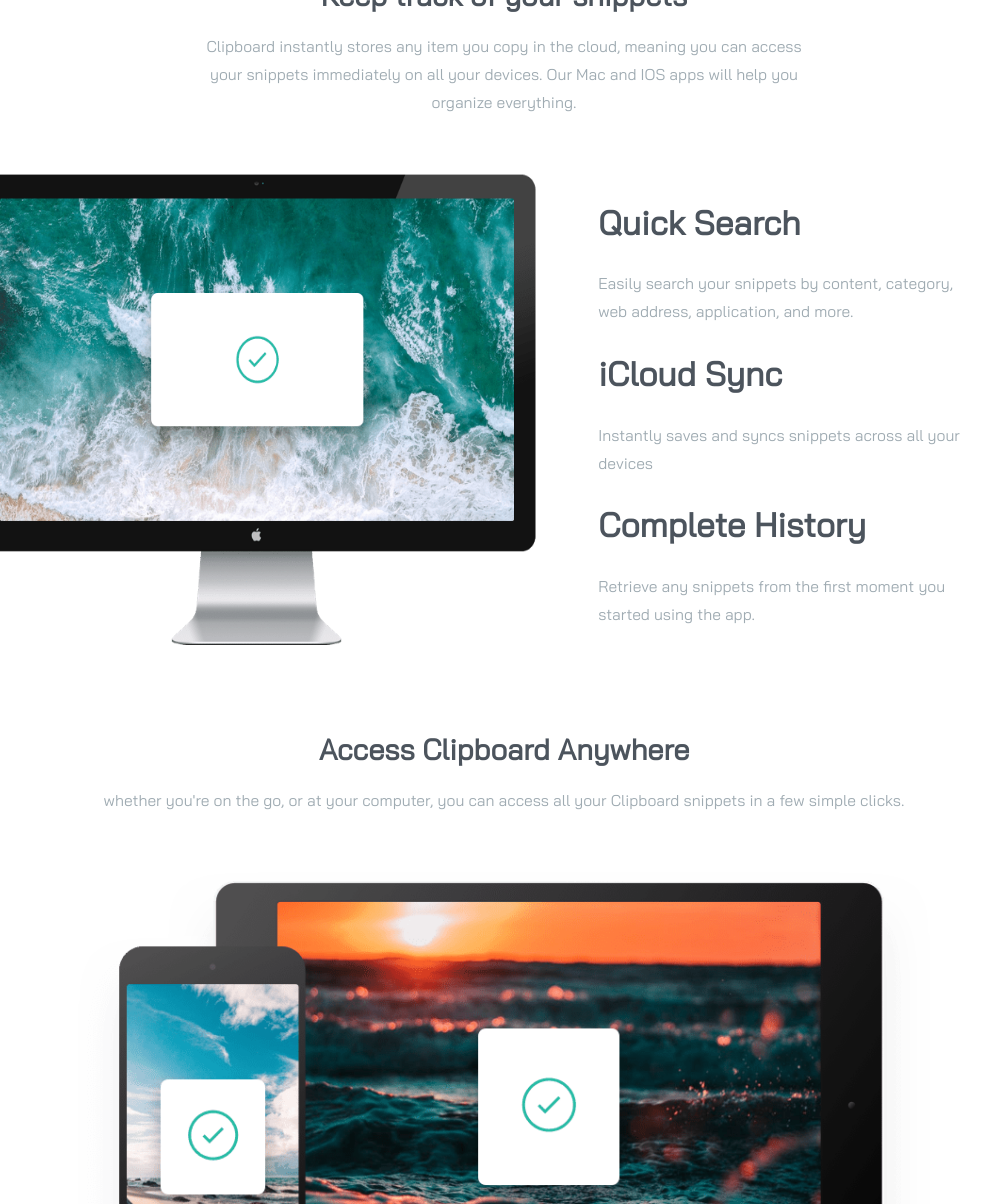
Repository: mikempho/Clipboard-landing-page
Page: index.html
The author's editor kept a copy of each file at every save. The page is drawn from the files as they stood at one save, then again after the next save.
The browser window is 1440 px wide. The pictures show the part of the page from y = 799 to 2519 px (the page is 5945 px tall before and 5706 px after), at 70% of full size.

Above is the page before, as saved 2022-04-12 08:11:42.

### index.html
<!DOCTYPE html>
<html lang="en">
  <head>
    <meta charset="UTF-8">
    <meta name="viewport" content="width=device-width, initial-scale=1.0"> <!-- displays site properly based on user's device -->

    <link rel="icon" type="image/png" sizes="32x32" href="./images/favicon-32x32.png">
    <link rel="stylesheet" href="/css/style.css">

    <title>Frontend Mentor | Clipboard landing page</title>

  </head>
  <body>
    <header class="header">
      <img class="logo" src="/images/logo.svg" alt="">
    </header>
    <main>
      <section class="hero">
        <h1>A history of  everything you copy</h1>
        <p>Clipboard allows you to track and organize everything you copy, instantly access your clipboard on all your devices.</p>
        <div class="buttons">
          <a class="iOS-btn" href="#">Download for iOS</a>
          <a class="mac-btn" href="#">Download for Mac</a>
        </div>
      </section>
      <section class="section-1">
        <h2 class="desktop-pad">Keep track of your  snippets</h2>
        <p class="desktop-pad">Clipboard instantly stores any item you copy in the cloud, meaning you can access your snippets immediately on all your devices. Our Mac and IOS apps will help you organize everything.</p>
        <div class="features">
          <img class="feature-img" src="/images/image-computer.png" alt="desktop-screen">
          <ul class="list-of-features">
            <li>
              <h3>Quick Search</h3>
              <p>Easily search your snippets by content, category, web address, application, and more.</p>
            </li>
            <li>
              <h3>iCloud Sync</h3>
              <p>Instantly saves and syncs snippets across all your devices</p>
            </li>
            <li>
              <h3>Complete History</h3>
              <p>Retrieve any snippets from the first moment you started using the app.</p>
            </li>
          </ul>
        </div>
      </section>
      <section class="section-2">
        <h2>Access Clipboard Anywhere</h2>
        <p>whether you're on the go, or at your computer, you can access all your Clipboard snippets in a few simple clicks.</p>
        <img class="mobile-tablet-screen" src="/images/image-devices.png" alt="mobile-tablet-screen">
      </section>
      <section class="section-3">
        <h2>Supercharge your  workflow</h2>
        <p>We've got the tools to boost your productivity.</p>
        <div>
          <ul class="list-of-features">
            <li>
              <img class="feature-icons" src="/images/icon-blacklist.svg" alt="paper-img">
              <h3>Create blacklists</h3>
              <p>Ensure sensitive information never makes its way to your clipboard by excluding certain sources.</p>
            </li>
            <li>
              <img class="feature-icons" src="/images/icon-text.svg" alt="AI-logo-img">
              <h3>Plain text snippets</h3>
              <p>Remove unwanted formatting from copied text for a consistent look.</p>
            </li>
            <li>
              <img class="feature-icons" src="/images/icon-preview.svg" alt="eye-img">
              <h3>Sneak preview</h3>
              <p>Quick preview of all snippets on your Clipboard for easy access.</p>
            </li>
          </ul>
        </div>
      </section>
      <section class="section-4">
        <ul class="company-logos">
          <li><img src="/images/logo-google.png" alt="google-logo"></li>
          <li><img src="/images/logo-ibm.png" alt="IBM-logo"></li>
          <li><img src="/images/logo-microsoft.png" alt="microsoft-logo"></li>
          <li><img src="/images/logo-hp.png" alt="hewlett-packard-enterprise-logo"></li>
          <li><img src="/images/logo-vector-graphics.png" alt="vector-graphics-logo"></li>
        </ul>
      </section>
      <section class="section-5">
        <h2>Clipboard for iOS and Mac OS</h2>
        <p>Available for free on the App store. Download for Mac or iOS, sync with iCloud and you're ready to start adding to your clipboard.</p>
        <div class="buttons">
          <a class="iOS-btn" href="">Download for iOS</a>
          <a class="mac-btn" href="">Download for Mac</a>
        </div>
      </section>
    </main>

    <footer>
      <div class="footer">
        <img class="footer-logo" src="/images/logo.svg" alt="logo">
        <ul class="footer-menu">
          <li><a href="#">FAQs</a></li>
          <li><a href="#">Contact Us</a></li>
          <li><a href="#">Privacy Policy</a></li>
          <li><a href="#">Press Kit</a></li>
          <li><a href="#">Install Guide</a></li>
        </ul>
        <ul class="social-links">
          <li><a href="https://www.facebook.com" target="_blank"><img src="/images/icon-facebook.svg" alt=""></a></li>
          <li><a href="https://www.twitter.com" target="_blank"><img src="/images/icon-twitter.svg" alt=""></a></li>
          <li><a href="https://www.instagram.com" target="_blank"><img src="/images/icon-instagram.svg" alt=""></a></li>
        </ul>
      </div>
      <p class="attribution">
        Challenge by <a href="https://www.frontendmentor.io?ref=challenge" target="_blank">Frontend Mentor</a>.
        Coded by <a href="#">Mike Matseane</a>.
      </p>
    </footer>
  </body>
</html>

### css/style.css
/* Mobile styling */

/* Universal styling */
body {
    margin: 0;
    padding: 0;
    text-align: center;
    Font-size: 18px;
    font-family: Bai-Jamjuree;
    line-height: 40px;
}

* {
    list-style: none;
    text-decoration: none;
}

:root {
    /* Primary colors */
    --Strong-Cyan: hsl(171, 66%, 44%);
    --Light-Blue: hsl(233, 100%, 69%);
    /* Neutral colors */
    --Dark-Grayish-Blue: hsl(210, 10%, 33%);
    --Grayish-Blue: hsl(201, 11%, 66%);
    /* Spacing */
    --container-padding: 4%;
}

@font-face {
    font-family: Bai-Jamjuree;
    src: url(/Assets/Fonts/Bai_Jamjuree/BaiJamjuree-Regular.ttf);
}

h1, h2, h3{
    color: var(--Dark-Grayish-Blue);
}

p {
    color: var(--Grayish-Blue);
}

/* header section */

.header {
    background-image: url(/images/bg-header-mobile.png);
    background-repeat: no-repeat;
    background-size: cover;
}

.logo {
    margin: 8rem 0 5rem 0;
}

/* hero section */
.hero, .section-5{
    padding-left: var(--container-padding);
    padding-right: var(--container-padding);
    margin-bottom: 8rem;
}

.buttons{
    margin-top: 2rem;
}
.buttons a {
    display: inline-block;
    padding: 12px 15px;
    width: 92%;
    margin: 12px 0;
    color: white;
    border-radius: 50px;
    font-weight: 600;
}

.iOS-btn {
    background-color: var(--Strong-Cyan);
    box-shadow: 2px 2px 0px 1px rgba(17, 140, 122, 0.9);

}

.mac-btn {
    background-color: var(--Light-Blue);
    box-shadow: 2px 2px 0px 1px rgba(37, 58, 216, 0.81);

}

/* Section-1 */

.section-1 {
    padding-left: var(--container-padding);
    padding-right: var(--container-padding);
    margin-bottom: 8rem;
}

.feature-img, .mobile-tablet-screen {
    margin-top: 60px;
    width: 92%;
}

/* Section-2 */

.section-2 {
    padding-left: var(--container-padding);
    padding-right: var(--container-padding);    margin-bottom: 8rem;
}

/* Section-3 */
.section-3 {
    padding-left: var(--container-padding);
    padding-right: var(--container-padding);
    margin-bottom: 8rem;
}

.feature-icons {
    margin-top: 30px;
}

.list-of-features {
    margin-top: 60px;
    padding: 0%;
}

/* Section 4 */

.section-4 {
    margin-bottom: 8rem;
}

.company-logos{
    padding:0%;
}

.company-logos li {
    padding-top: 50px;
}

/* footer section */
.footer {
    background-color: rgb(244, 244, 244);
    padding-top: 60px;
}

.footer-logo {
    width: 15%;
}

.footer-menu, .social-links {
    padding: 0;
    margin-bottom: 30px;
    font-weight: 600;
}

.footer-menu li {
    padding-top: 25px;
}

.social-links {
    display: flex;
    justify-content: center;
    align-items: center;
    margin: 0%;
}

.footer-menu a {
    color: var(--Grayish-Blue);
}

.social-links li {
    padding: 10px 20px 40px 20px;
}

.attribution a {
    color: aliceblue;
}

.attribution {
    margin: 0%;
    color: aliceblue;
    background-color: var(--Dark-Grayish-Blue);
    padding: 1rem 0;
}

/* Responsive - Desktop Styling */

@media (min-width: 1440px) {
    :root {
        --desktop-container: 23%;
    }

    h1{
        font-size: 3rem;
    }

    h2 {
        font-size: 2.6rem;
    }

    h3{
        font-size: 2rem;
    }

    p {
        font-size: 1.4rem;
    }
    /* header section */
    .header {
        background-image: url(/images/bg-header-desktop.png);
    }

    /* hero section */
    .hero, .section-5 {
        padding-left: var(--desktop-container);
        padding-right: var(--desktop-container);
    }

    .buttons {
        display: flex;
        justify-content: center;
    }

    .buttons a {
        width: 20%;
        margin: 0 15px;
    }

    /* section 1 */
    .section-1 .desktop-pad {
        padding: 0 17%;
    }

    .features {
        display: flex;
        font-size: 0.1rem;
    }

    .feature-img {
        position: relative;
        right: 90px;
        width: 100%;
    }

    .list-of-features {
        text-align: left;
    }

    .list-of-features h3 {
        font-size: 3rem;
    }
}

After the next save:
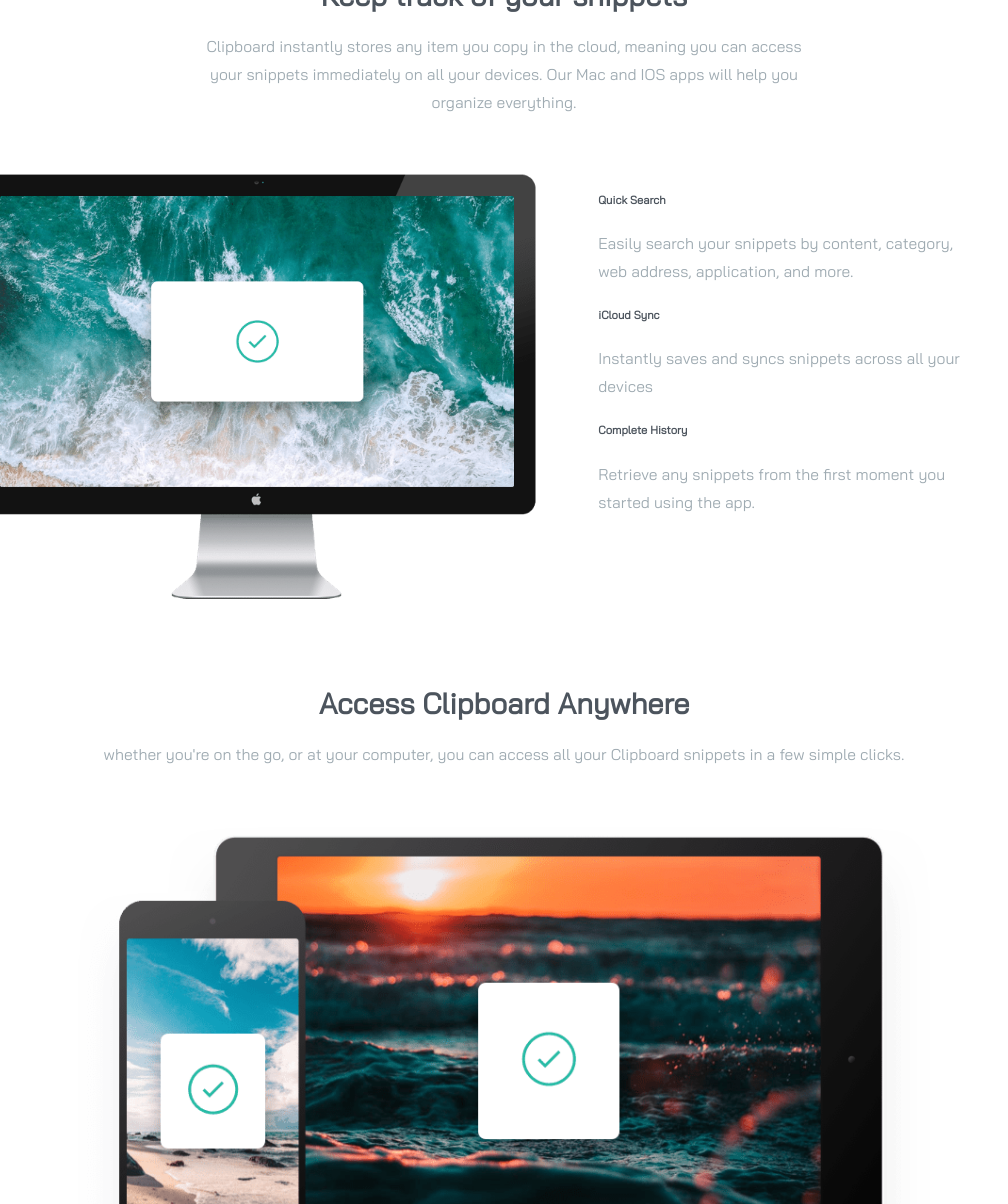
Saved 7 s later.
--- a/css/style.css
+++ b/css/style.css
@@ -243,6 +243,6 @@
     }
 
     .list-of-features h3 {
-        font-size: 3rem;
-    }
-}
+        font-size: 1rem;
+    }
+}
